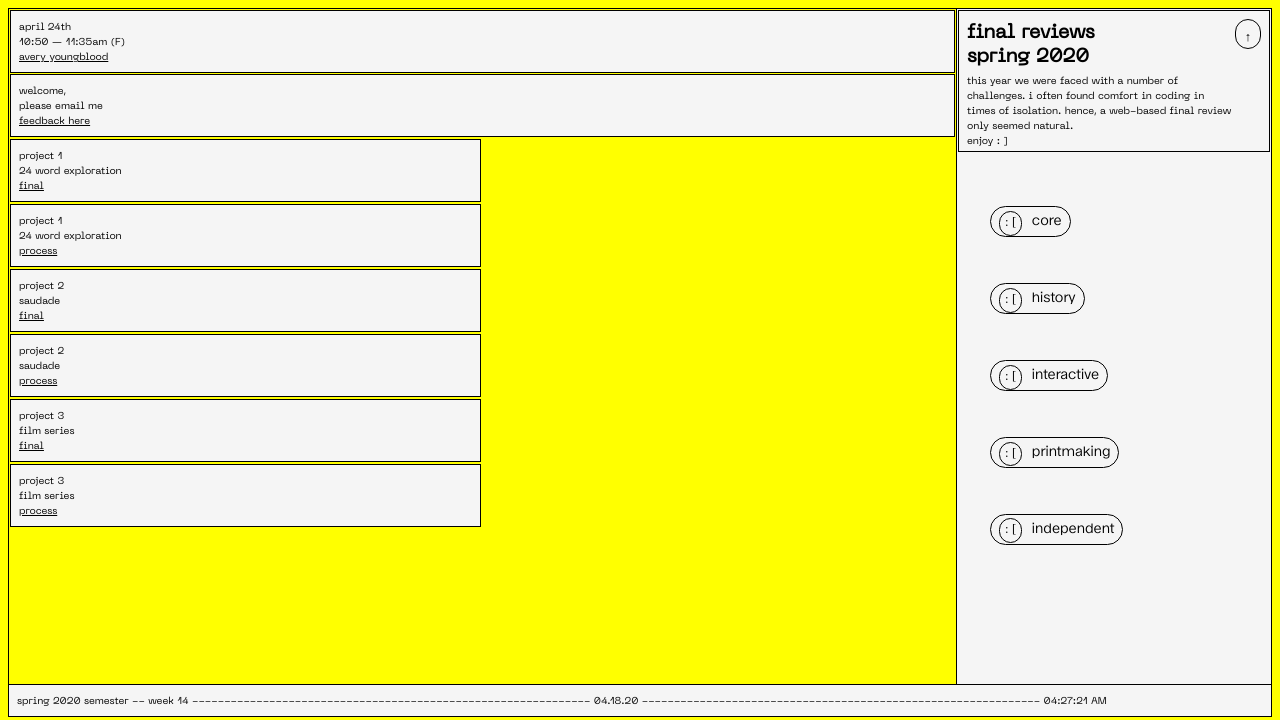
Repository: ayoungblood2/Spring-Semester-2020
Page: index v2/classes/core.html
These files come from the project's save history. The page is drawn as it stood at one moment and after the next save; the edit follows.
The browser window is 1280 px wide. The pictures show the whole page.
Some web libraries are served in a nearby version.

Above is the page before, as saved 2020-04-18 15:14:24.

### index v2/classes/core.html
<html lang="en">

<head>

    <meta charset="UTF-8">
    <meta name="viewport" content="width=device-width, initial-scale=1.0">
    <meta http-equiv="X-UA-Compatible" content="ie=edge">
    <link rel="stylesheet" href="/index v2/assets/css/main.css">

    <link rel="apple-touch-icon" sizes="180x180" href="/index v2/assets/icon/favicon_io/apple-touch-icon.png">
    <link rel="icon" type="image/png" sizes="32x32" href="/index v2/assets/icon/favicon_io/favicon-32x32.png">
    <link rel="icon" type="image/png" sizes="16x16" href="/index v2/assets/icon/favicon_io/favicon-16x16.png">

    <!-- <META HTTP-EQUIV="refresh" CONTENT="5; URL=http://127.0.0.1:5500/index%20v2/index2.html"> -->


    <title> : ] [ :</title>


</head>

<body class="none">


    <div id="coords" data-html2canvas-ignore="true" style="color: black; top: 747px; left: 58px;">click(48,737)
    </div>


    <main class="Main">

        <header class="PageHeader PageHeader--home">

            <section class="PageHeader-classInfo">
                april 24th
                <br>10:50 — 11:35am (F)
                <br><a href="https://www.art.yale.edu/AveryYoungblood" target="_blank" class="PageHeader--link">avery
                    youngblood</a>
            </section>
        </header>

        <header class="PageHeader PageHeader--home">
            <section class="PageHeader-classInfo">
                welcome,
                <br> please email me
                <br><a href="avery.youngblood@yale.edu" class="PageHeader--link">feedback here</a>
            </section>
        </header>


        <header class="PageHeader PageHeader--home" style="display: inline-flex; width:49.75%;">
            <section class="PageHeader-classInfo">
                project 1
                <br> 24 word exploration
                <br><a href="/index v2/classes/core-prct1-1.html" class="PageHeader--link">final</a>
            </section>
        </header>
        <header class="PageHeader PageHeader--home" style="display: inline-flex; width:49.75%;">
            <section class="PageHeader-classInfo">
                project 1
                <br> 24 word exploration
                <br><a href="/index v2/classes/core-prct1-2.html" class="PageHeader--link">process</a>
            </section>
        </header>

        <header class="PageHeader PageHeader--home" style="display: inline-flex; width:49.75%;">
            <section class="PageHeader-classInfo">
                project 2
                <br> saudade
                <br><a href="/index v2/classes/core-prct2-1.html" class="PageHeader--link">final</a>
            </section>
        </header>

        <header class="PageHeader PageHeader--home" style="display: inline-flex; width:49.75%;">
            <section class="PageHeader-classInfo">
                project 2
                <br> saudade
                <br><a href="/index v2/classes/core-prct2-2.html" class="PageHeader--link">process</a>
            </section>
        </header>

        <header class="PageHeader PageHeader--home" style="display: inline-flex; width:49.75%;">
            <section class="PageHeader-classInfo">
                project 3
                <br> film series
                <br><a href="/index v2/classes/core-prct3-1.html" class="PageHeader--link">final</a>
            </section>
        </header>

        <header class="PageHeader PageHeader--home" style="display: inline-flex; width:49.75%;">
            <section class="PageHeader-classInfo">
                project 3
                <br> film series
                <br><a href="/index v2/classes/core-prct3-2.html" class="PageHeader--link">process</a>
            </section>
        </header>
    </div>

    </main>


    <header class="Header">

        <a href="/index v2/index2.html" class="Header-link">
            <div class="wrapper">

                <span class="Header-title">
                    <h2>
                        <span class="Header-span">final reviews</span>
                        <span class="Header-span">spring 2020</span></h2>
                    <br>
                    <div class="content">
                        <p> this year we were faced with a number of challenges.
                            i often found comfort in coding in times of isolation.
                            hence, a web-based final review only seemed natural. </p>
                        <p> enjoy : ] </p>

                </span>
                </span>

            </div>

            </div>
            <button onClick="window.location.href=window.location.href" class="Header-arrow">
                ↑
            </button>


        </a>


        <nav class="Nav is-home">

            <ul class="Nav-list">

                <li class="Nav-item ">
                    <span>
                        <a href="/index v2/classes/core.html" class="Nav-link view-more view-less" href="#"
                            data-target="core">
                            core
                        </a>
                    </span>
                    <img src="/index v2/classes/core/project1/Avery_Slang_BW.png"
                        style="width:150%;transform:rotate(20deg);" class="page-header" />

                    <ul id="core" class="viewing-less">

                        <li class="more">
                            core became a way to discover process and refine my message, along with building the
                            fundamentals of graphic design.
                            core solidifies the conceptualization of flexible ideas into experimental print and
                            materiality so that one can understand the motive behind work.
                            <br><br><br>
                            <p>--&nbsp;&nbsp;project&nbsp;&nbsp;&nbsp;1&nbsp;&nbsp;&nbsp;:&nbsp;&nbsp;&nbsp;24 word
                                exploration</p>
                            <br>
                            <p>--&nbsp;&nbsp;project&nbsp;&nbsp;2&nbsp;&nbsp;&nbsp;:&nbsp;&nbsp;&nbsp;saudade event</p>
                            <br>
                            <p>--&nbsp;&nbsp;project&nbsp;&nbsp;3&nbsp;&nbsp;&nbsp;:&nbsp;&nbsp;&nbsp;film posters</p>
                        </li>
                    </ul>

                </li>


                <li class="Nav-item ">
                    <span>
                        <a href="open projects on left-hand side and make smile icon big"
                            class="Nav-link view-more view-less" href="#" data-target="history">
                            history
                        </a>
                    </span>
                    <img src="/index v2/classes/history/other images/event_default_31_1.jpg"
                        style="width:100%;transform:rotate(-50deg);margin:50px;" />
                    <ul id="history" class="viewing-less">

                        <li class="more">
                            this semester history provided me with context for design. instead of conceptualizing from
                            personal ideation,
                            my process became reversed in history of graphic design. i found myself working from
                            historical references first,
                            then contextualizing into my own design language.
                            <br><br><br>
                            <p>--&nbsp;&nbsp;project&nbsp;&nbsp;&nbsp;1&nbsp;&nbsp;&nbsp;:&nbsp;&nbsp;&nbsp;sf
                                psychedelic rock posters</p>
                            <br>
                            <p>--&nbsp;&nbsp;project&nbsp;&nbsp;2&nbsp;&nbsp;&nbsp;:&nbsp;&nbsp;&nbsp;designer accordion
                            </p>
                            <br>
                            <p>--&nbsp;&nbsp;project&nbsp;&nbsp;3&nbsp;&nbsp;&nbsp;:&nbsp;&nbsp;&nbsp;reading</p>
                            <br>
                            <p>--&nbsp;&nbsp;project&nbsp;&nbsp;4&nbsp;&nbsp;&nbsp;:&nbsp;&nbsp;&nbsp;research &
                                resources</p>
                        </li>
                    </ul>
                </li>


                <li class="Nav-item ">
                    <span>
                        <a href="open projects on left-hand side and make smile icon big"
                            class="Nav-link view-more view-less" href="#" data-target="interact">
                            interactive
                        </a>
                    </span>
                    <img src="/index v2/classes/interactive/web-as-site.png"
                        style="width:70%;transform:rotate(2deg);margin-top:300px;margin-left:300px;" />
                    <ul id="interact" class="viewing-less">

                        <li class="more">
                            we covered a lot in interactive this semester.
                            i've been actively learning HTML, CSS, and JavaScript, and experimenting ways to introduce
                            these methods into my everyday studio practice.
                            the readings we had about the internet and the relationship to
                            embodied experience were eye-opening discussions.
                            everything of what i thought web-design "should-be" vanished. all expectations and rules,
                            gone.
                            i learned there is a space for art in the web-space.
                            i appreciate the freedom of expression and encouragement of creativity from
                            conceptually-driven prompts in this class.
                            i want to incorporate this new perspective of organizing and translating design/process into
                            an interactive space.
                            <br><br><br>
                            <p>--&nbsp;&nbsp;project&nbsp;&nbsp;&nbsp;1&nbsp;&nbsp;&nbsp;:&nbsp;&nbsp;&nbsp;list</p>
                            <br>
                            <p>--&nbsp;&nbsp;project&nbsp;&nbsp;2&nbsp;&nbsp;&nbsp;:&nbsp;&nbsp;&nbsp;clock</p>
                            <br>
                            <p>--&nbsp;&nbsp;project&nbsp;&nbsp;3&nbsp;&nbsp;&nbsp;:&nbsp;&nbsp;&nbsp;reading &
                                resources</p>
                        </li>
                    </ul>
                </li>


                <li class="Nav-item ">
                    <span>
                        <a href="open projects on left-hand side and make smile icon big"
                            class="Nav-link view-more view-less" href="#" data-target="print">
                            printmaking
                        </a>
                    </span>
                    <img src="/index v2/classes/printmaking/reference pics/Screen Shot 2020-04-16 at 5.17.14 AM.png"
                        style="width:50%;transform:rotate(20deg);margin-top:200px;margin-left:10px;" />
                    <ul id="print" class="viewing-less">

                        <li class="more">
                            printmaking considers ways in which multiplicity, circulation, and archives have functioned
                            within contemporary print based artworks.
                            We had visits to on-campus collections, collaborative studio work, and in class discussions
                            of pertinent texts aim to place the
                            making of printed media within an expansive field of art practices.
                            Although, the second part of the semester was to focus on
                            how these concepts, materials, and forms connect to our own individual studio practices
                            through projects and printshop demonstrations focusing on the stencil and the book (we still
                            had discussions of what we'd like to pursue in the future).
                            <br><br><br>
                            <p>--&nbsp;&nbsp;project&nbsp;&nbsp;&nbsp;1&nbsp;&nbsp;&nbsp;:&nbsp;&nbsp;&nbsp;reading</p>
                            <br>
                            <p>--&nbsp;&nbsp;project&nbsp;&nbsp;2&nbsp;&nbsp;&nbsp;:&nbsp;&nbsp;&nbsp;research &
                                resources</p>
                            <br>
                            <p>--&nbsp;&nbsp;project&nbsp;&nbsp;3&nbsp;&nbsp;&nbsp;:&nbsp;&nbsp;&nbsp;chapel street pole
                            </p>
                            <br>
                            <p>--&nbsp;&nbsp;project&nbsp;&nbsp;4&nbsp;&nbsp;&nbsp;:&nbsp;&nbsp;&nbsp;commissioned
                                publication</p>
                        </li>
                    </ul>
                </li>


                <li class="Nav-item ">
                    <span>
                        <a href="open projects on left-hand side and make smile icon big"
                            class="Nav-link view-more view-less" href="#" data-target="ind">
                            independent
                        </a>
                    </span>
                    <img src="/index v2/classes/independent/Screen Shot 2020-04-14 at 2.37.37 PM.png"
                        style="width:50%;transform:rotate(-63deg);margin:20px;" />
                    <ul id="ind" class="viewing-less">

                        <li class="more">
                            collaboration on all fronts. alvin (prelim GD) and amina (1st yr sculpture) became my close
                            allies this semester.
                            our personal interests led the way in cultivating close-relationships,
                            along with intriguing long-term projects that i'm excited to continue and develop over the
                            years.
                            <br>
                            the second half of the semester my attention and time became devoted to the covid-19 cause -
                            writing
                            and meeting and organizing 24/7 to work towards active nationwide solutions for the future
                            of education.
                            <br><br><br>
                            <p>--&nbsp;&nbsp;project&nbsp;&nbsp;&nbsp;1&nbsp;&nbsp;&nbsp;:&nbsp;&nbsp;&nbsp;we-need-to-talk
                            </p>
                            <br>
                            <p>--&nbsp;&nbsp;project&nbsp;&nbsp;2&nbsp;&nbsp;&nbsp;:&nbsp;&nbsp;&nbsp;sonic rupture</p>
                            <br>
                            <p>--&nbsp;&nbsp;project&nbsp;&nbsp;3&nbsp;&nbsp;&nbsp;:&nbsp;&nbsp;&nbsp;log & letters</p>
                        </li>
                    </ul>
                </li>
        </nav>

    </header>

    <span class="TimeStamp">spring semester week 01 04.15.20 05:07:06 PM</span>

    <script src="//ajax.googleapis.com/ajax/libs/jquery/1.7.1/jquery.min.js" type="text/javascript"></script>
    <script src="https://cdnjs.cloudflare.com/ajax/libs/moment.js/2.20.1/moment.min.js"></script>
    <script src="/index v2/assets/js/main.js"></script>
    <script src="/index v2/assets/js/scripts.js"></script>
    <script src="/index v2/assets/js/html2canvas.js"></script>




</body>


</html>

<!-- yale school of art --
graphic design --
preliminary year --
final reviews --
spring 2020 -->

Loaded but not shown: index v2/assets/js/html2canvas.js (library); index v2/assets/js/scripts.js (193 lines, source omitted); index v2/assets/js/main.js (113 lines, source omitted); index v2/assets/css/main.css (827 lines, source omitted)

After the next save:
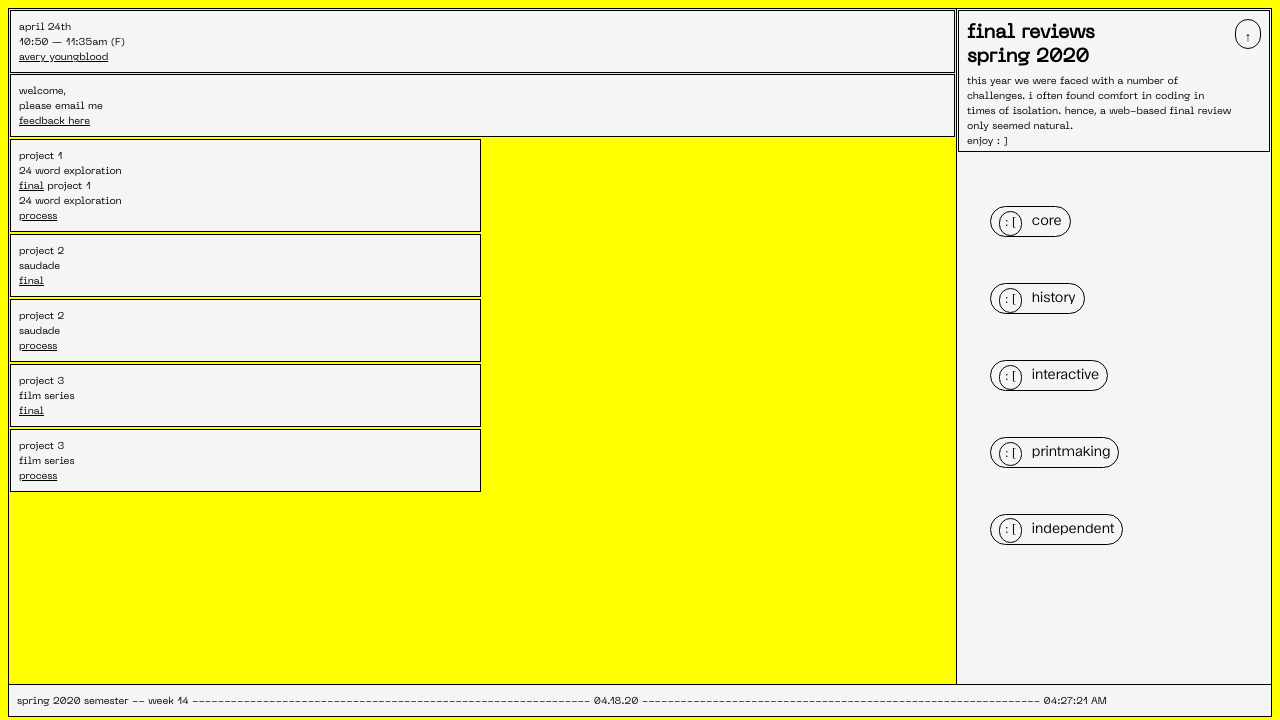
Saved 39 s later.
--- a/index v2/classes/core.html
+++ b/index v2/classes/core.html
@@ -52,10 +52,8 @@
                 project 1
                 <br> 24 word exploration
                 <br><a href="/index v2/classes/core-prct1-1.html" class="PageHeader--link">final</a>
-            </section>
-        </header>
-        <header class="PageHeader PageHeader--home" style="display: inline-flex; width:49.75%;">
-            <section class="PageHeader-classInfo">
+
+
                 project 1
                 <br> 24 word exploration
                 <br><a href="/index v2/classes/core-prct1-2.html" class="PageHeader--link">process</a>

After the save that followed:
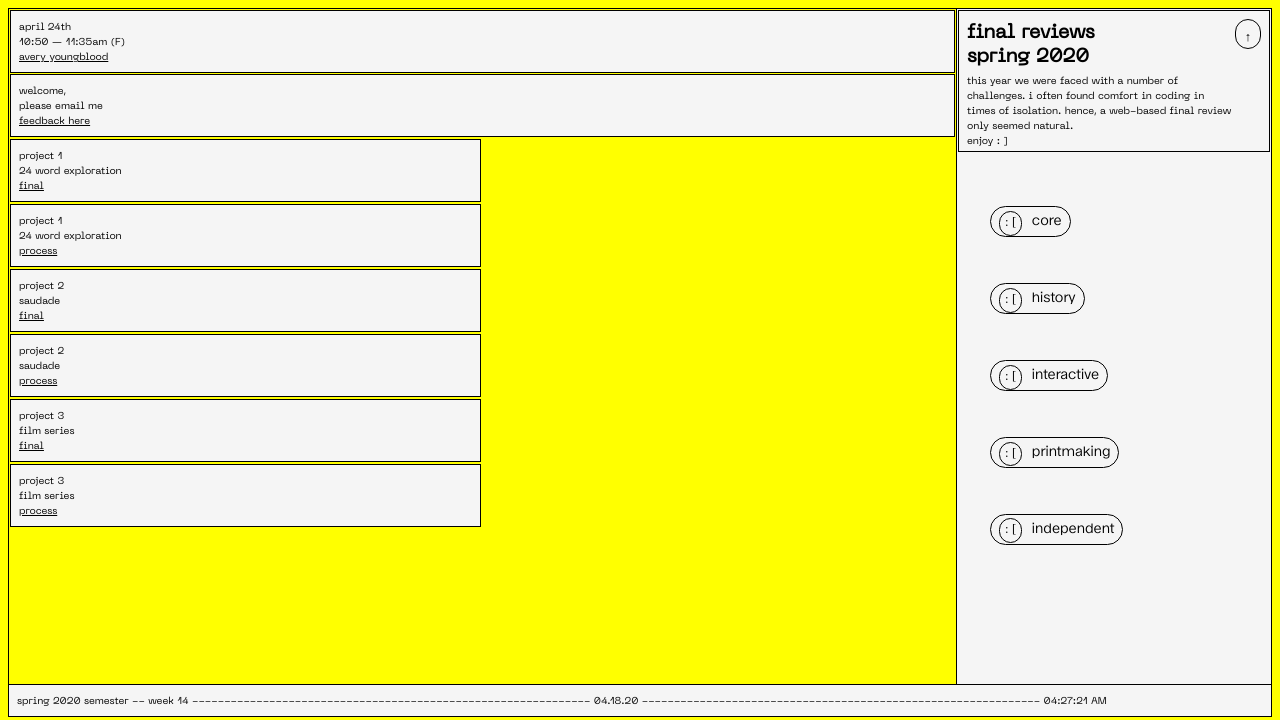
Saved 13 s later.
--- a/index v2/classes/core.html
+++ b/index v2/classes/core.html
@@ -52,8 +52,10 @@
                 project 1
                 <br> 24 word exploration
                 <br><a href="/index v2/classes/core-prct1-1.html" class="PageHeader--link">final</a>
-
-
+            </section>
+        </header>
+        <header class="PageHeader PageHeader--home" style="display: inline-flex; width:49.75%;">
+            <section class="PageHeader-classInfo">
                 project 1
                 <br> 24 word exploration
                 <br><a href="/index v2/classes/core-prct1-2.html" class="PageHeader--link">process</a>
